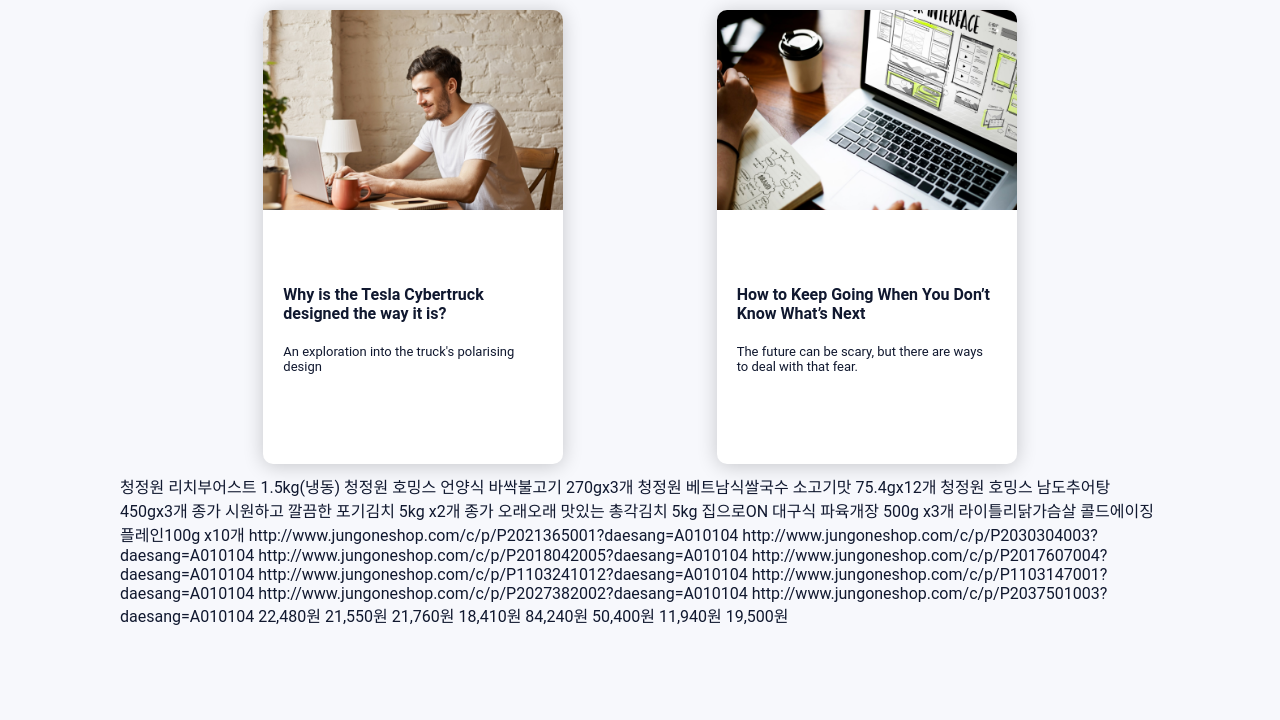
Repository: Nam936/exercises
Page: card.html
An editor plug-in stored every save of this project. The page is shown before and after the next save, followed by the edit.
The browser window is 1280 px wide. The pictures show the whole page.

Above is the page before, as saved 2023-01-13 12:01:13.

### card.html
<!DOCTYPE html>
<html lang="en">

<head>
    <meta charset="UTF-8" />
    <meta name="viewport" content="width=device-width, initial-scale=1.0" />
    <meta http-equiv="X-UA-Compatible" content="ie=edge" />
    <title>Card Layout with CSS Grid</title>
    <link rel="stylesheet" href="card.css" />
    <link href="https://fonts.googleapis.com/css?family=Open+Sans&display=swap" rel="stylesheet" />
</head>

<body>


    <div class="container">
        <div class="card">
            <div class="card-header">
                <img src="/img/Rectangle 66.png" alt="rover" />
            </div>
            <div class="card-body">
                <h4>
                    Why is the Tesla Cybertruck designed the way it
                    is?
                </h4>
                <p>
                    An exploration into the truck's polarising design
                </p>
            </div>
        </div>
        <div class="card">
            <div class="card-header">
                <img src="/img/Rectangle 66_2.png"
                    alt="ballons" />
            </div>
            <div class="card-body">
                <h4>
                    How to Keep Going When You Don’t Know What’s Next
                </h4>
                <p>
                    The future can be scary, but there are ways to
                    deal with that fear.
                </p>

            </div>
        </div>

        <!-- <main>
        <section class="cards">
            <div class="card">
                <div class="card-image-container">
                    <img
                        src="https://images.unsplash.com/photo-1464822759023-fed622ff2c3b?ixlib=rb-1.2.1&ixid=eyJhcHBfaWQiOjEyMDd9&auto=format&fit=crop&w=1200&q=80" />
                </div>
                <div class="card-content">
                    <p class="card-title text-medium">
                        10 secrets to connect with your audience through your website and blog
                    <p>It is not the same to write a blog with simple information as to write by connecting with your
                        target.</p>
                    </p>
                    <div class="day">
                        <div class="blog-date">
                            <img src="/img/Iconex/Calendar.svg" alt="">
                            <p>May 7 2022</p>
                        </div>
                        <div class="time">
                            <img src="/img/Iconex/Time Circle.svg" alt="">
                            <p>10 min read</p>
                        </div>
                    </div>
                </div>
            </div>
            <div class="card">
                <div class="card-image-container">
                    <img
                        src="https://images.unsplash.com/photo-1519681393784-d120267933ba?ixlib=rb-1.2.1&ixid=eyJhcHBfaWQiOjEyMDd9&auto=format&fit=crop&w=1200&q=80" />
                </div>
                <div class="card-content">
                    <p class="card-title text-medium">
                        10 secrets to connect with your audience through your website and blog
                    <p>It is not the same to write a blog with simple information as to write by connecting with your
                        target.</p>
                    </p>
                    <div class="day">
                        <div class="blog-date">
                            <img src="/img/Iconex/Calendar.svg" alt="">
                            <p>May 7 2022</p>
                        </div>
                        <div class="time">
                            <img src="/img/Iconex/Time Circle.svg" alt="">
                            <p>10 min read</p>
                        </div>
                    </div>
                </div>
            </div>
            <div class="card">
                <div class="card-image-container">
                    <img
                        src="https://images.unsplash.com/photo-1519681393784-d120267933ba?ixlib=rb-1.2.1&ixid=eyJhcHBfaWQiOjEyMDd9&auto=format&fit=crop&w=1200&q=80" />
                </div>
                <div class="card-content">
                    <p class="card-title text-medium">
                        10 secrets to connect with your audience through your website and blog
                    <p>It is not the same to write a blog with simple information as to write by connecting with your
                        target.</p>
                    </p>
                    <div class="day">
                        <div class="blog-date">
                            <img src="/img/Iconex/Calendar.svg" alt="">
                            <p>May 7 2022</p>
                        </div>
                        <div class="time">
                            <img src="/img/Iconex/Time Circle.svg" alt="">
                            <p>10 min read</p>
                        </div>
                    </div>
                </div>
            </div> -->
        <!-- <div class="blog-thumbnail">
                <div class="thumbnail">
                    <div class="thumb">
                        <p>These web design trends will help inform and inspire what people build for the web</p>
                        <div class="day">
                            <div class="blog-date">
                                <img src="/img/Iconex/Calendar.svg" alt="">
                                <p>May 7 2022</p>
                            </div>
                            <div class="time">
                                <img src="/img/Iconex/Time Circle.svg" alt="">
                                <p>10 min read</p>
                            </div>
                        </div>
                    </div>
                    <div class="thumb-img">
                        <img src="/img/thumb1.png" alt="">
                    </div>
                </div>

                <div class="thumbnail">
                    <div class="thumb">
                        <p>These web design trends will help inform and inspire what people build for the web</p>
                        <div class="day">
                            <div class="blog-date">
                                <img src="/img/Iconex/Calendar.svg" alt="">
                                <p>May 7 2022</p>
                            </div>
                            <div class="time">
                                <img src="/img/Iconex/Time Circle.svg" alt="">
                                <p>10 min read</p>
                            </div>
                        </div>
                    </div>
                    <div class="thumb-img">
                        <img src="/img/thumb2.png" alt="">
                    </div>
                </div>
                <div class="thumbnail">
                    <div class="thumb">
                        <p>These web design trends will help inform and inspire what people build for the web</p>
                        <div class="day">
                            <div class="blog-date">
                                <img src="/img/Iconex/Calendar.svg" alt="">
                                <p>May 7 2022</p>
                            </div>
                            <div class="time">
                                <img src="/img/Iconex/Time Circle.svg" alt="">
                                <p>10 min read</p>
                            </div>
                        </div>
                    </div>
                    <div class="thumb-img">
                        <img src="/img/thumb3.png" alt="">
                    </div>
                </div>
            </div> -->
        <!-- </section>

    </main>
</body>

</html> -->


        <!-- <section class="cards-cus">
    <div class="card-cus">
        <div class="card-image-container-cus">
            <img
                src="https://images.unsplash.com/photo-1464822759023-fed622ff2c3b?ixlib=rb-1.2.1&ixid=eyJhcHBfaWQiOjEyMDd9&auto=format&fit=crop&w=1200&q=80" />
        </div>
        <div class="card-content-cus">
            <p class="card-title-cus">
                10 secrets to connect with your audience through your website and blog
            <p>It is not the same to write a blog with simple information as to write by connecting with your target.</p>
            </p>
            <div class="day-cus">
                <div class="date-cus">
                    <img src="/img/Iconex/Calendar.svg" alt="">
                    <p>May 7 2022</p>
                </div>
                <div class="time-cus">
                    <img src="/img/Iconex/Time Circle.svg" alt="">
                    <p>10 min read</p>
                </div>
            </div>
        </div>
    </div>
    <div class="card-cus">
        <div class="card-image-container-cus">
            <img
                src="https://images.unsplash.com/photo-1519681393784-d120267933ba?ixlib=rb-1.2.1&ixid=eyJhcHBfaWQiOjEyMDd9&auto=format&fit=crop&w=1200&q=80" />
        </div>
        <div class="card-content-cus">
            <p class="card-title-cus">
                10 secrets to connect with your audience through your website and blog
            <p>It is not the same to write a blog with simple information as to write by connecting with your target.</p>
            </p>
            <div class="day-cus">
                <div class="date-cus">
                    <img src="/img/Iconex/Calendar.svg" alt="">
                    <p>May 7 2022</p>
                </div>
                <div class="time-cus">
                    <img src="/img/Iconex/Time Circle.svg" alt="">
                    <p>10 min read</p>
                </div>
            </div>
        </div>
    </div>
</section> -->



청정원 리치부어스트 1.5kg(냉동)
청정원 호밍스 언양식 바싹불고기 270gx3개
청정원 베트남식쌀국수 소고기맛 75.4gx12개
청정원 호밍스 남도추어탕 450gx3개
종가 시원하고 깔끔한 포기김치 5kg x2개
종가 오래오래 맛있는 총각김치 5kg
집으로ON 대구식 파육개장 500g x3개
라이틀리닭가슴살 콜드에이징 플레인100g x10개

http://www.jungoneshop.com/c/p/P2021365001?daesang=A010104
http://www.jungoneshop.com/c/p/P2030304003?daesang=A010104
http://www.jungoneshop.com/c/p/P2018042005?daesang=A010104
http://www.jungoneshop.com/c/p/P2017607004?daesang=A010104
http://www.jungoneshop.com/c/p/P1103241012?daesang=A010104
http://www.jungoneshop.com/c/p/P1103147001?daesang=A010104
http://www.jungoneshop.com/c/p/P2027382002?daesang=A010104
http://www.jungoneshop.com/c/p/P2037501003?daesang=A010104


22,480원
21,550원
21,760원
18,410원
84,240원
50,400원
11,940원
19,500원

### card.css


* {
    box-sizing: border-box;
}

body {
    display: flex;
    justify-content: center;
    align-items: center;
    margin: 0;
    background-color: #f7f8fc;
    font-family: "Roboto", sans-serif;
    color: #10182f;
}

.container {
    display: flex;
    width: 1040px;
    justify-content: space-evenly;
    flex-wrap: wrap;
}

.card {
    margin: 10px;
    background-color: #fff;
    border-radius: 10px;
    box-shadow: 0 2px 20px rgba(0, 0, 0, 0.2);
    overflow: hidden;
    width: 300px;
}

.card-header img {
    width: 100%;
    height: 200px;
    object-fit: cover;
}

.card-body {
    display: flex;
    flex-direction: column;
    justify-content: center;
    align-items: flex-start;
    padding: 20px;
    min-height: 250px;
}

.card-body p {
    font-size: 13px;
    margin: 0 0 40px;
}




/* * {
    box-sizing: border-box;
    padding: 0;
    margin: 0;
}

body {
    background-color: #303032;
}

main {
    display: grid;
    grid-template-columns: 1fr 1fr 1fr;;
    grid-gap: 40px;
    padding: 60px 0;
}

.text-medium {
    font-family: "Open Sans", sans-serif;
    font-size: 16px;
    line-height: 20px;
    font-weight: 400;
    color: #ecf0f1;
}

.cards {
    grid-column: 1 / span 3;
    display: grid;
    grid-template-columns: 1fr 1fr 1fr;
    grid-gap: 40px;
}

.card {
    grid-column-end: span 4;
    display: flex;
    flex-direction: column;
    background-color: #39393b;
    cursor: pointer;
    transition: all 0.3s ease 0s;
}

.card:hover {
    transform: translateY(-7px);
}

.card-image-container {
    width: 100%;
    padding-top: 56.25%;
    overflow: hidden;
    position: relative;
}

.card-image-container img {
    width: 100%;
    position: absolute;
    top: 50%;
    left: 50%;
    transform: translate(-50%, -50%);
}

.card-content {
    padding: 20px;
}

.card-title {
    margin-bottom: 20px;
}

.day {
    display: flex;
    align-self: end;
    align-items: center;
    margin-top: 20px;
}

.time {
    margin-left: 20px;
}

.time p {
    float: right;
    margin-left: 5px;
    display: -webkit-box;
    -webkit-box-orient: vertical;
    -webkit-line-clamp: 3;
    overflow: hidden;


}

.blog-date p {
    float: right;
    margin-left: 5px;
    display: -webkit-box;
    -webkit-box-orient: vertical;
    -webkit-line-clamp: 3;
    overflow: hidden;
}

.card-price {
    margin-left: auto;
    padding: 5px 20px;
    background-color: #303032;
    border-radius: 20px;
}

@media only screen and (max-width: 1000px) {
    .card {
        grid-column-end: span 6;
    }
}

@media only screen and (max-width: 700px) {
    main {
        grid-gap: 20px;
    }

    .card {
        grid-column-end: span 12;
    }
}

@media only screen and (max-width: 500px) {
    main {
        grid-template-columns: 10px repeat(6, 1fr) 10px;
        grid-gap: 10px;
    }

    .cards {
        grid-column: 2 / span 6;
        grid-template-columns: repeat(6, 1fr);
        grid-gap: 20px;
    }

    .card {
        grid-column-end: span 6;
    }

    .card-content p {
        display: -webkit-box;
        -webkit-box-orient: vertical;
        -webkit-line-clamp: 1;
        overflow: hidden;
    }

}


.blog-thumbnail {
    display: flex;
    flex-direction: column;
    justify-content: space-between;
    padding: 30px 30px;
}

.thumbnail {
    display: flex;
    border-bottom: 1px solid rgba(156, 154, 154, 0.2);
}

.thumb {
    display: -webkit-box;
    -webkit-box-orient: vertical;
    -webkit-line-clamp: 3;
    overflow: hidden;
}

.day {
    display: flex;
    margin-top: 20px;

}

.thumb-img {
    width: 100px;
    height: 100px;
    line-height: 100px;
}

.thumb-img img {
    max-width: 100%;
    border-radius: 10px;
} */



/* * {
    box-sizing: border-box;
    padding: 0;
    margin: 0;
}

body {
    background-color: #303032;
}

.main-recent {
    display: grid;
    grid-template-columns: 1fr repeat(12, minmax(auto, 100%)) 1fr;
    grid-gap: 40px;
    padding: 60px 0;
}

.cards {
    grid-column: 2 / span 12;
    display: grid;
    grid-template-columns: repeat(12, minmax(auto, 60px));
    grid-gap: 40px;
    justify-content: center;
}

.card {
    grid-column-end: span 4;
    display: flex;
    flex-direction: column;
    background-color: #39393b;
    cursor: pointer;
    transition: all 0.3s ease 0s;
}

.card:hover {
    transform: translateY(-7px);
}

.card-image-container {
    width: 100%;

    overflow: hidden;
}

.card-image-container img {

    width: 100%;

}

@media only screen and (max-width: 1000px) {
    .card {
        grid-column-end: span 6;
    }
}

@media only screen and (max-width: 700px) {
    main {
        grid-gap: 20px;
    }

    .card {
        grid-column-end: span 12;
    }
}

@media only screen and (max-width: 500px) {
    main {
        grid-template-columns: 10px repeat(6, 1fr) 10px;
        grid-gap: 10px;
    }

    .cards {
        grid-column: 2 / span 6;
        grid-template-columns: repeat(6, 1fr);
        grid-gap: 20px;
    }

    .card {
        grid-column-end: span 6;
    }
} */

After the next save:
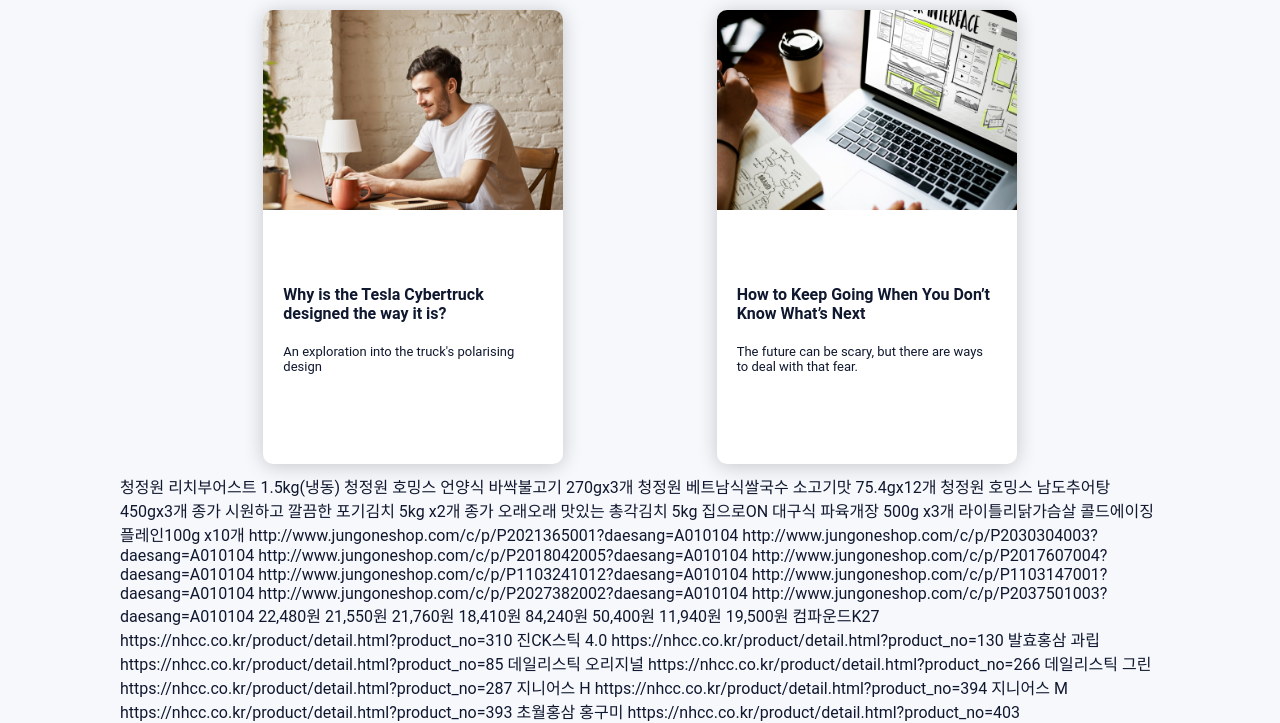
Saved 79 min 47 s later.
--- a/card.html
+++ b/card.html
@@ -257,3 +257,14 @@ http://www.jungoneshop.com/c/p/P2037501003?daesang=A010104
 50,400원
 11,940원
 19,500원
+
+
+
+컴파운드K27	https://nhcc.co.kr/product/detail.html?product_no=310
+진CK스틱 4.0	https://nhcc.co.kr/product/detail.html?product_no=130
+발효홍삼 과립	https://nhcc.co.kr/product/detail.html?product_no=85
+데일리스틱 오리지널	https://nhcc.co.kr/product/detail.html?product_no=266
+데일리스틱 그린	https://nhcc.co.kr/product/detail.html?product_no=287
+지니어스 H	https://nhcc.co.kr/product/detail.html?product_no=394
+지니어스 M	https://nhcc.co.kr/product/detail.html?product_no=393
+초월홍삼 홍구미	https://nhcc.co.kr/product/detail.html?product_no=403
